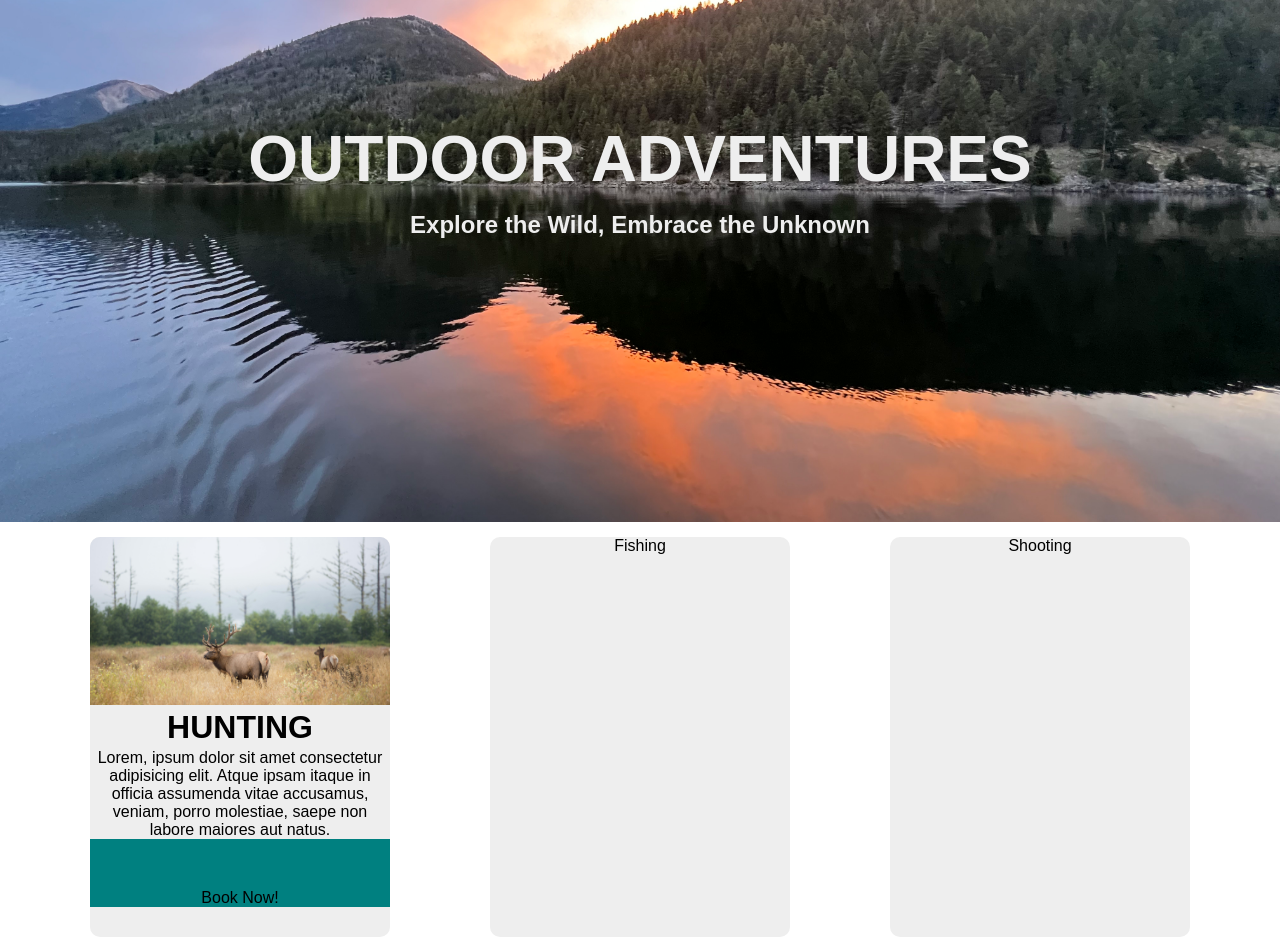
Repository: iforgotmylogin/WebDesignFinal
Page: index.html
These files come from the project's save history. The page is drawn as it stood at one moment and after the next save; the edit follows.
The browser window is 1280 px wide. The pictures show the part of the page from y = 290 to 1242 px (the page is 1242 px tall).
A picture or video elsewhere on the page could not be fetched, so the positions and the page height are approximate.

Above is the page before, as saved 2024-04-07 18:31:09.

After the next save:
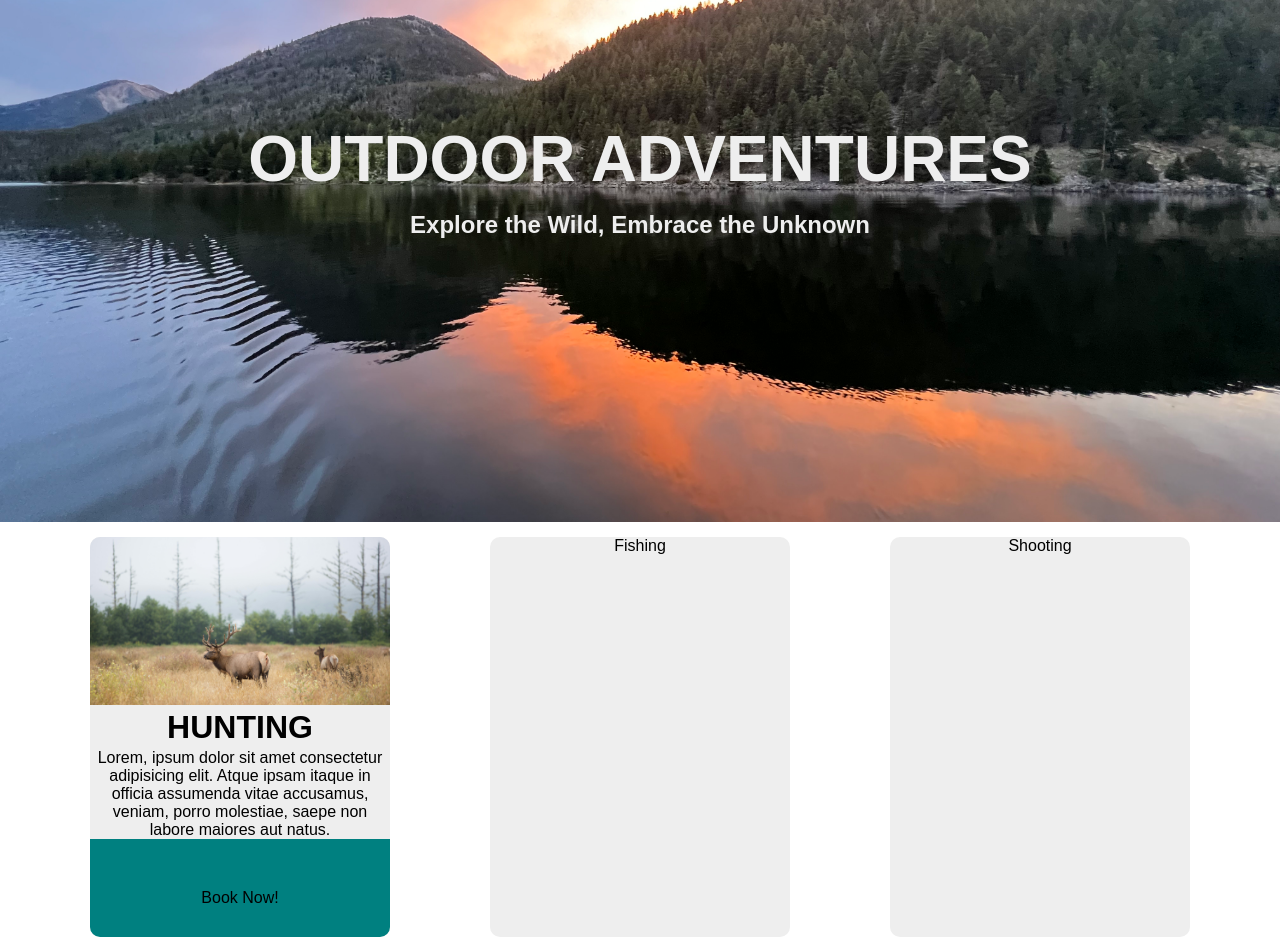
Saved 18 s later.
--- a/css/homepage.css
+++ b/css/homepage.css
@@ -36,5 +36,6 @@
 }
 .home-booking-button{
     padding-top: 50px;
+    padding-bottom: 30px;
     background-color: teal;
 }
